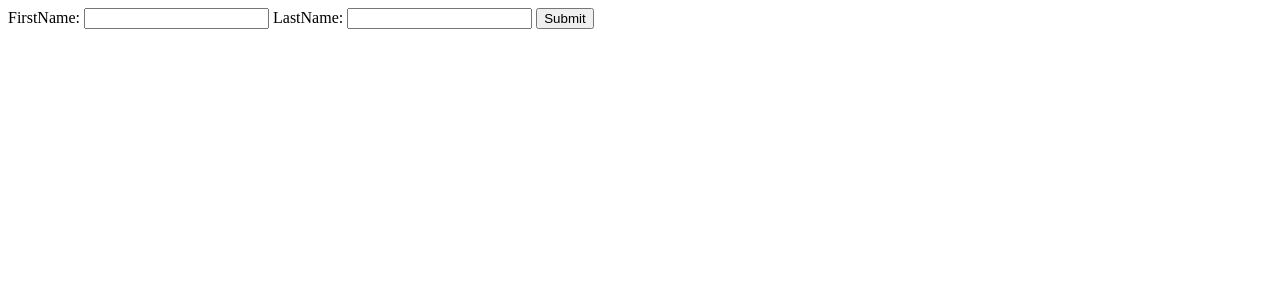
Repository: Vijay-aura/Wicket
Page: wicket-practice/src/main/java/com/form/InputFieldsPage.html
These files come from the project's save history. The page is drawn as it stood at one moment and after the next save; the edit follows.
The browser window is 1280 px wide. The pictures show the whole page.

Above is the page before, as saved 2024-03-04 12:39:14.

After the next save:
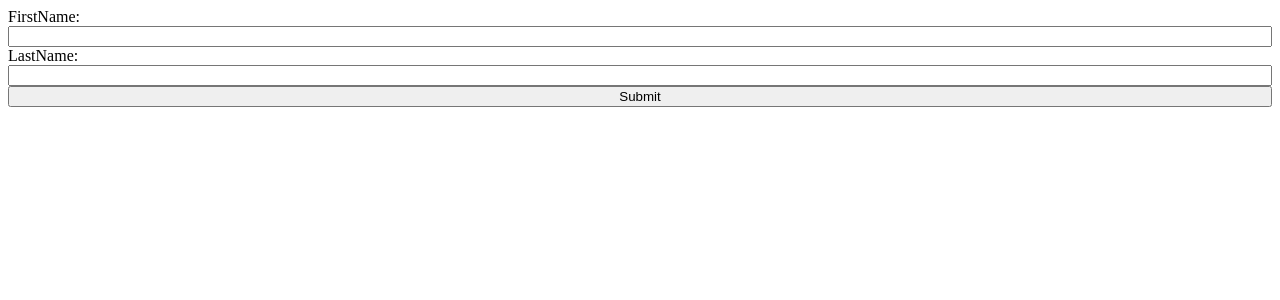
Saved 2 min 18 s later.
--- a/wicket-practice/src/main/java/com/form/InputFieldsPage.html
+++ b/wicket-practice/src/main/java/com/form/InputFieldsPage.html
@@ -4,9 +4,17 @@
 <head>
 <meta charset="ISO-8859-1">
 <title>Insert title here</title>
+<wicket:head>
+<style>
+.form{
+display:flex;
+flex-direction: column;
+}
+</style>
+</wicket:head>
 </head>
 <body>
-	<form wicket:id="form">
+	<form wicket:id="form" class="form">
 		FirstName: <input type="text" wicket:id="firstName">
 		LastName: <input type="text" wicket:id="lastName">
 		<button wicket:id="button">Submit</button>
